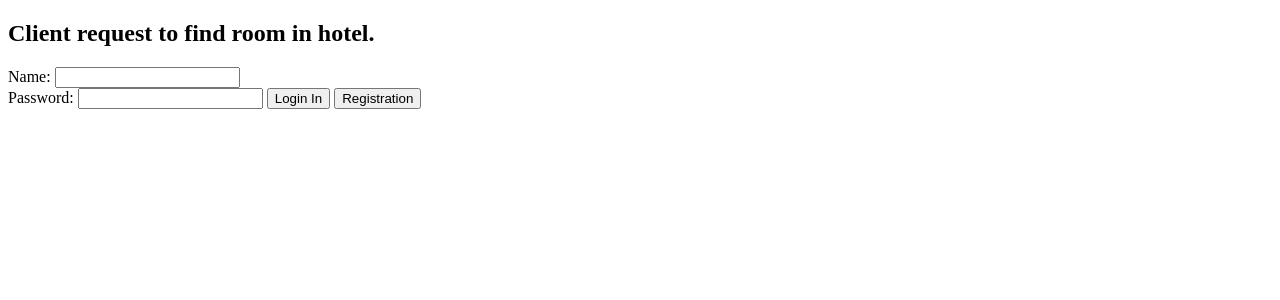
Repository: milosh-alexandr-by/ItAcademyJavaDeveloper
Page: http://localhost/HotelRequestSystem/ClientServlet.jsp
These files come from the project's save history. The page is drawn as it stood at one moment and after the next save; the edit follows.
The browser window is 1280 px wide. The pictures show the whole page.
The page is served by Tomcat 9.

Above is the page before, as saved 2015-12-09 13:00:12.

After the next save:
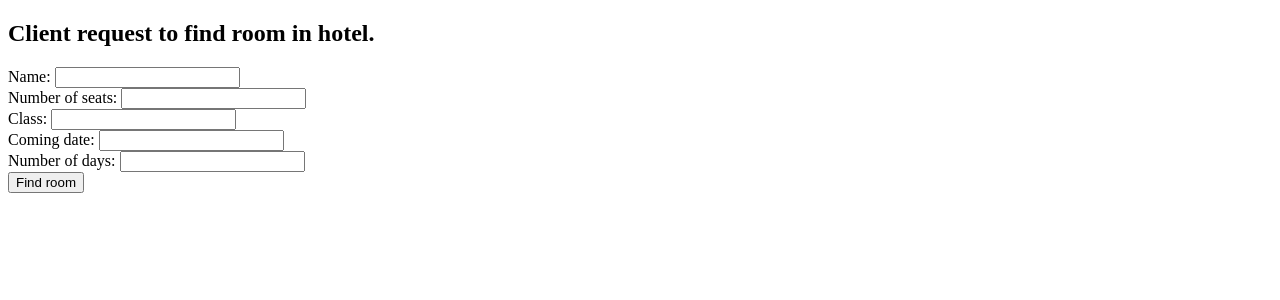
Saved 4 min 48 s later.
--- a/Project_WEB/HotelRequestSystem/WebContent/ClientServlet.jsp
+++ b/Project_WEB/HotelRequestSystem/WebContent/ClientServlet.jsp
@@ -12,9 +12,11 @@
 
 	<form action="HotelRequestSystem" method="GET">
 		Name: <input type="text" name="Name" /> <br/>
-		Password: <input type="text" name="password" />
-		<input type="submit" name="enter" value="Login In">
-		<input type="submit" name="register" value="Registration">
+		Number of seats: <input type="text" name="NumberOfSeats" /> <br/>
+		Class: <input type="text" name="Class" /> <br/>
+		Coming date: <input type="text" name="ComingDate" /> <br/>
+		Number of days: <input type="text" name="NumberOfDays" /> <br/>
+		<input type="submit" name="findRoom" value="Find room">
 	</form>
 
 </body>
